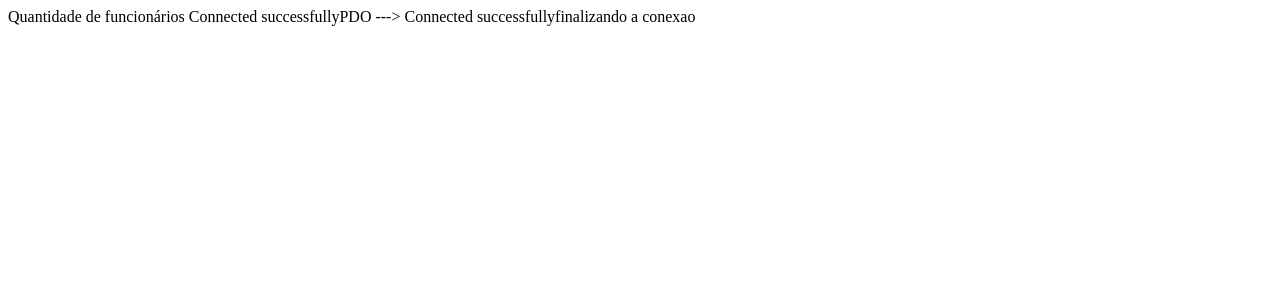
Repository: raphaelLacerda/estudos
Page: http://localhost/php/banco.php
These files come from the project's save history. The page is drawn as it stood at one moment and after the next save; the edit follows.
The browser window is 1280 px wide. The pictures show the whole page.
The page is run by PHP 8.4 with error messages shown; the project is at /var/www/html/.

Above is the page before, as saved 2017-08-18 16:23:59.

After the next save:
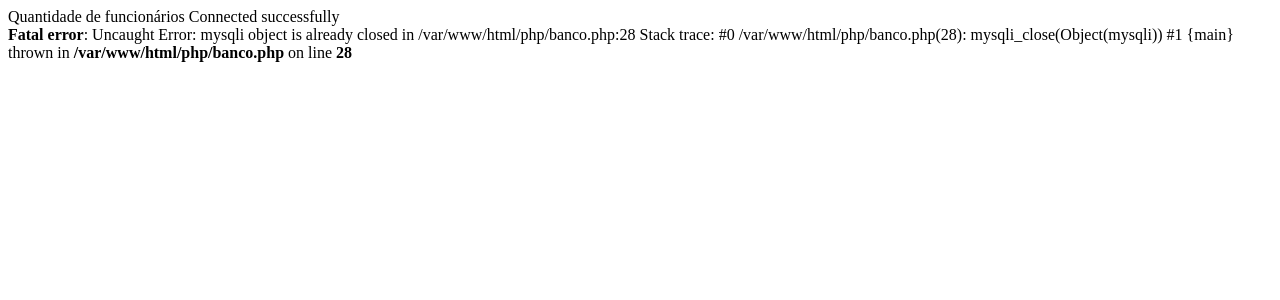
Saved 23 s later.
--- a/php/banco.php
+++ b/php/banco.php
@@ -25,6 +25,7 @@
 }
 echo "Connected successfully";
 $connection->close();
+mysqli_close($connection);
 
 //phpinfo();
 

After the save that followed:
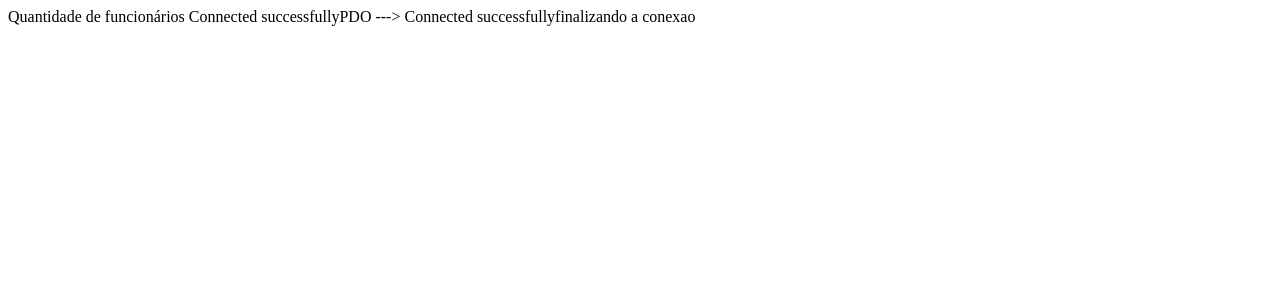
Saved 12 s later.
--- a/php/banco.php
+++ b/php/banco.php
@@ -24,7 +24,7 @@
     die("Connection failed: " . $connection->connect_error);
 }
 echo "Connected successfully";
-$connection->close();
+// $connection->close();
 mysqli_close($connection);
 
 //phpinfo();
